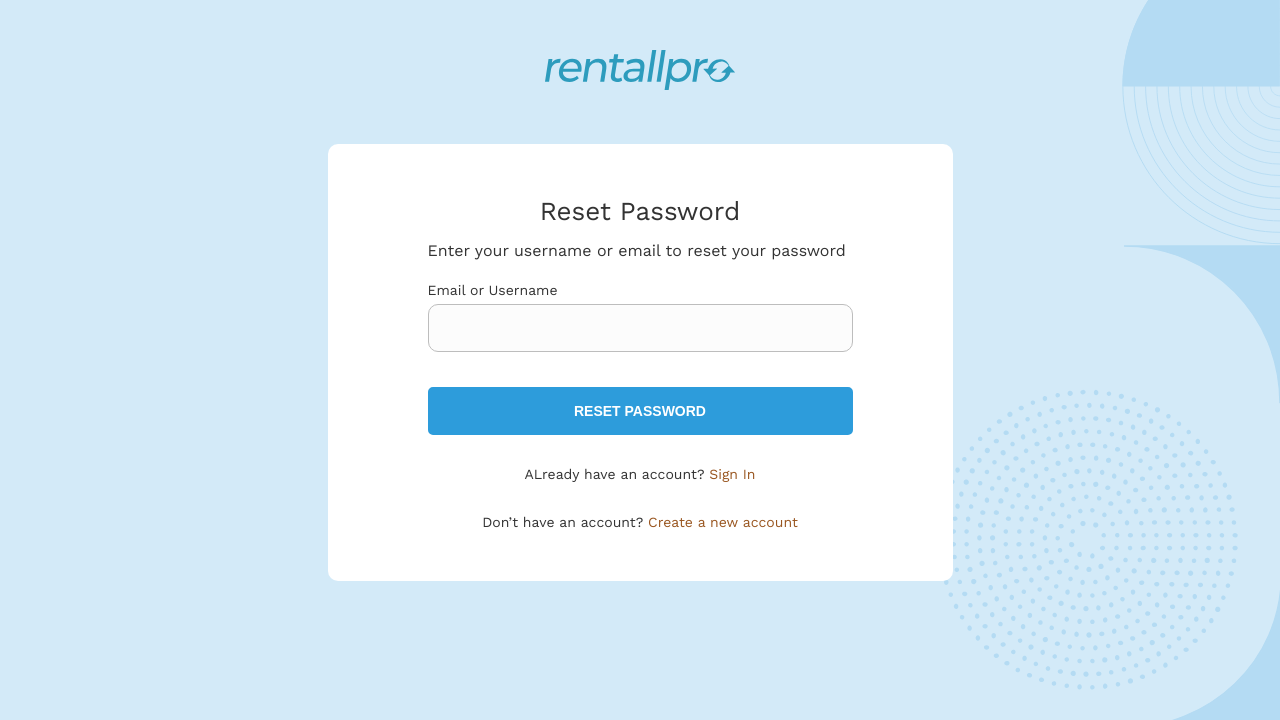
Repository: RentallPro/rentallpro-frontend
Page: /reset-password
These files come from the project's save history. The page is drawn as it stood at one moment and after the next save; the edit follows.
The browser window is 1280 px wide. The pictures show the whole page.
The project was rebuilt for these pictures with package versions that can differ from the ones it lists, and the page was loaded fresh each time. Also part of the build but not shown: src/views/Auth/Home.vue.

Above is the page before, as saved 2020-12-09 23:57:48.

After the next save:
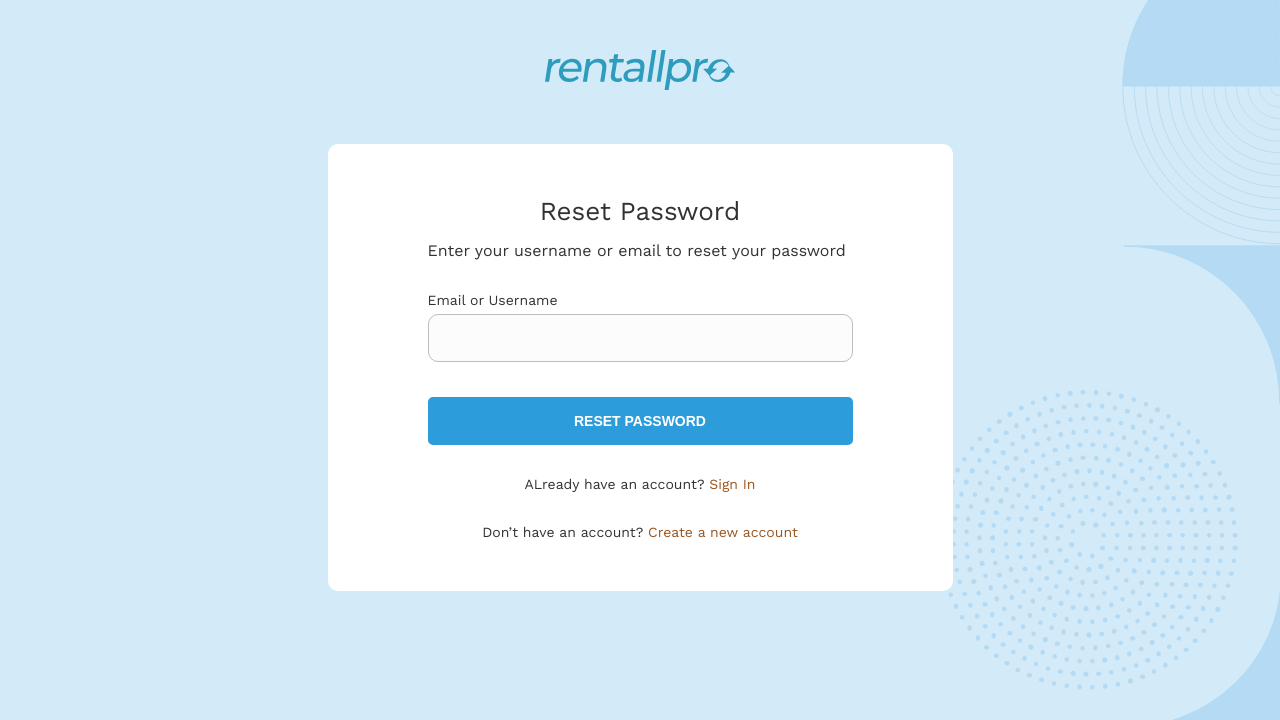
Saved 13 s later.
--- a/src/views/Auth/Home.scss
+++ b/src/views/Auth/Home.scss
@@ -39,6 +39,7 @@
                 line-height: 21px;
                 color: #333333;
                 margin-top: 12px;
+                margin-bottom: 30px;
             }
             .form-title {
                 font-style: normal;
